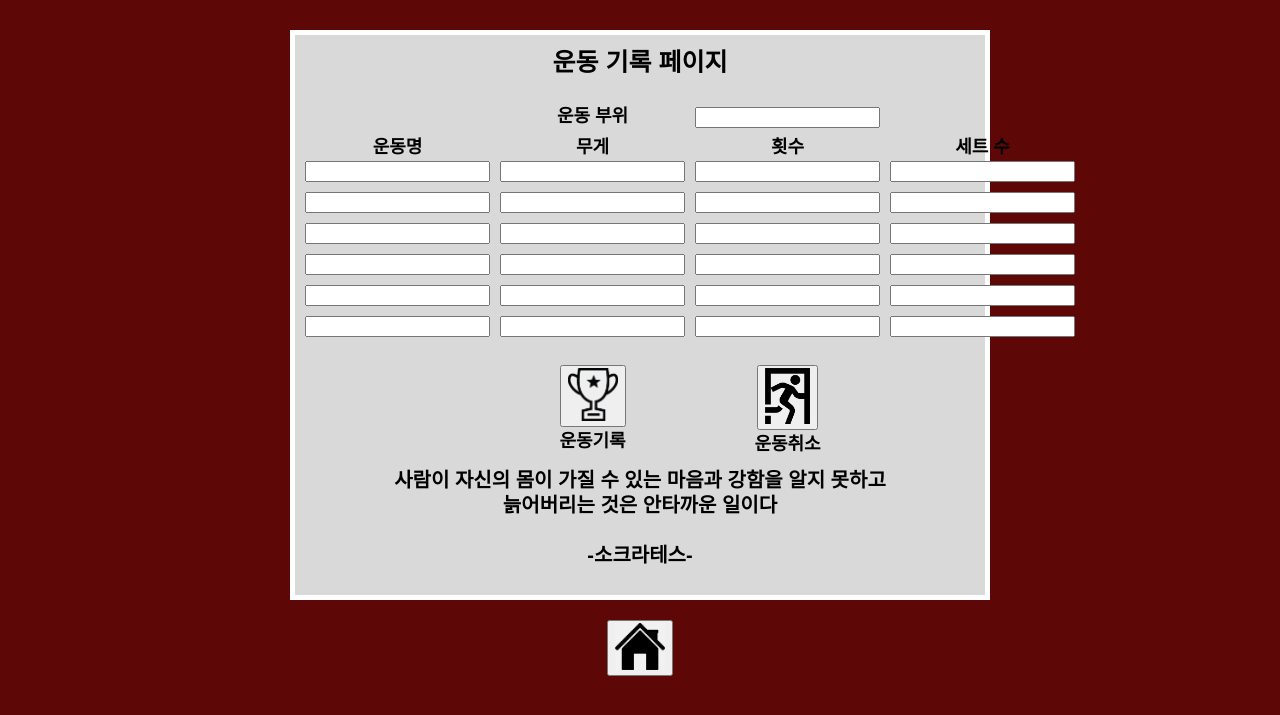
Repository: Up-Min/hrdkorea
Page: http://localhost/jsp_workout/wk_insert.jsp
An editor plug-in stored every save of this project. The page is shown before and after the next save, followed by the edit.
The browser window is 1280 px wide. The pictures show the whole page.
The page is served by Tomcat 9. The template is opened directly, without the code that normally fills it, so the values that code supplies are empty.

Above is the page before, as saved 2022-12-31 12:15:32.

After the next save:
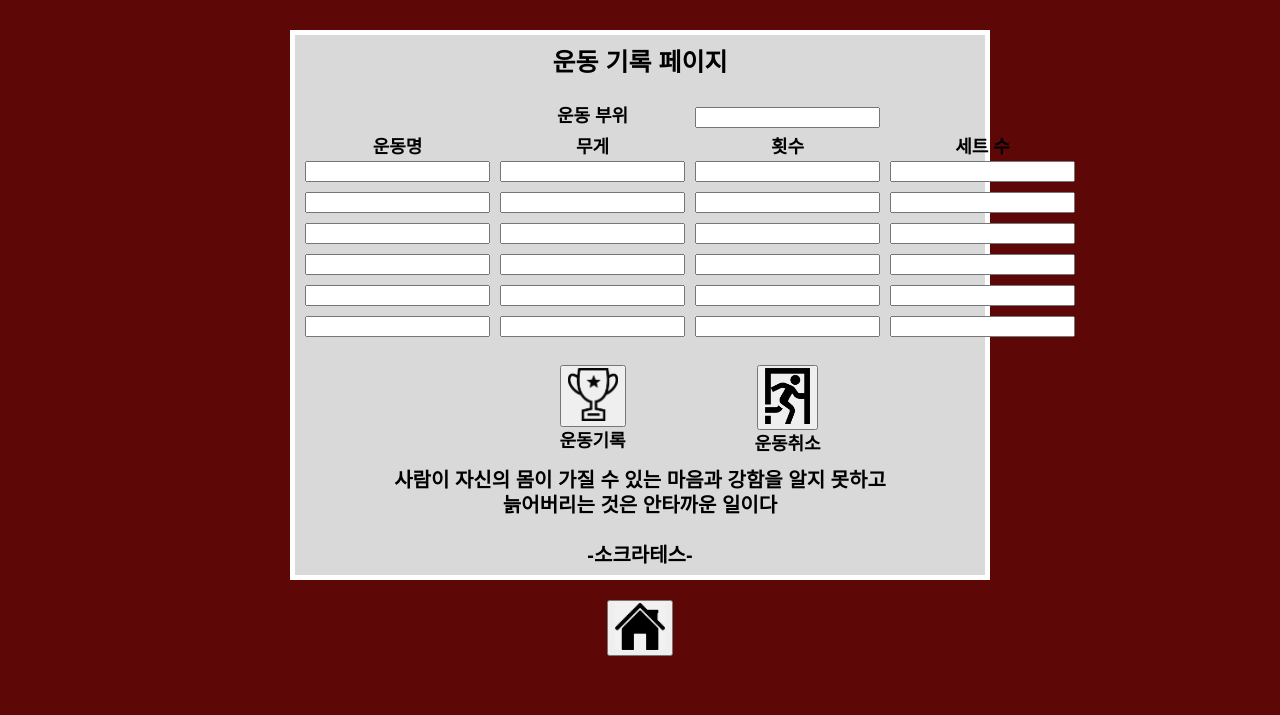
Saved 14 s later.
--- a/jsp_workout/src/main/webapp/wk_insert.jsp
+++ b/jsp_workout/src/main/webapp/wk_insert.jsp
@@ -14,7 +14,7 @@
 }
 .workout {
 	width: 700px;
-	height : 570px;
+	height : 550px;
 	text-align: center;
 	color: black;
 	border: 5px solid white;
